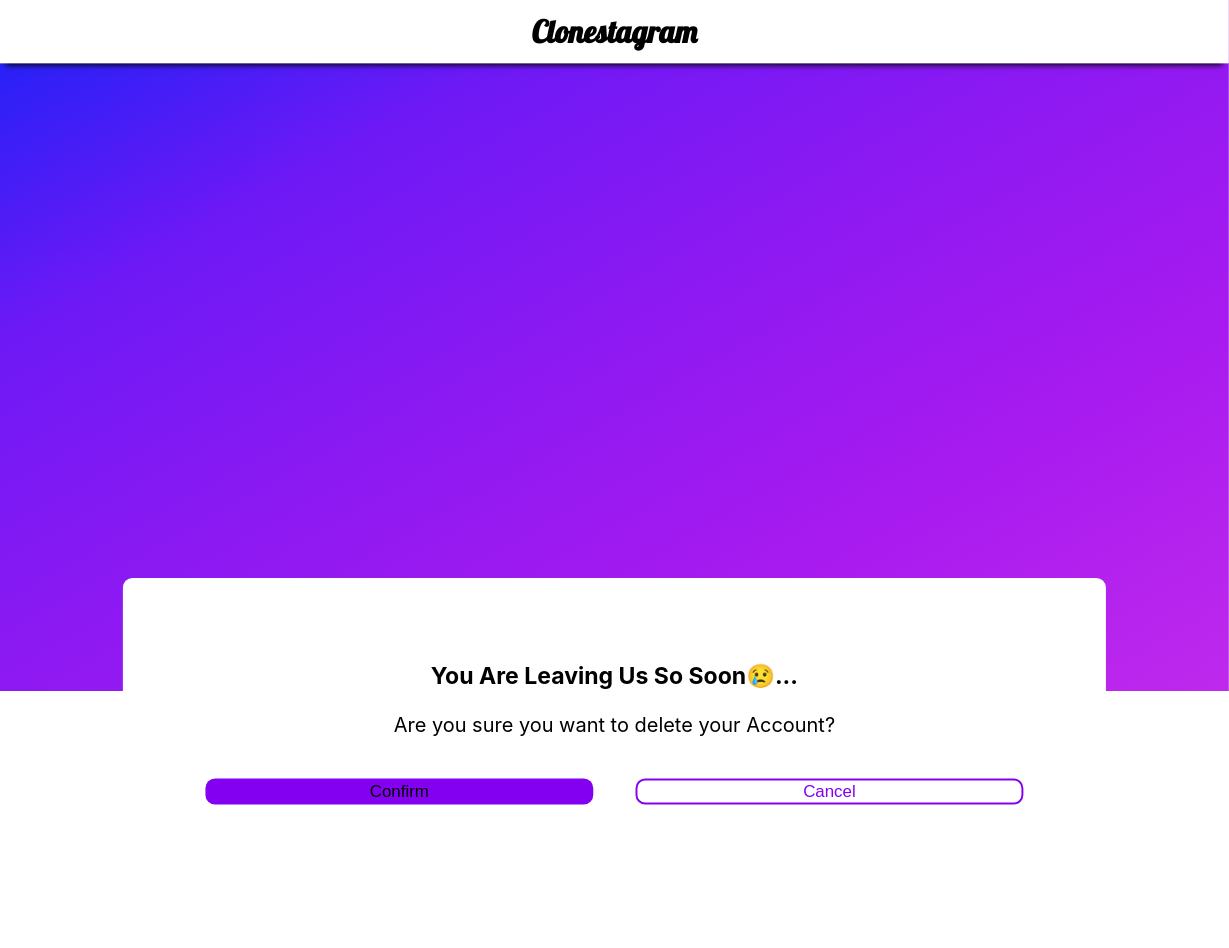
Repository: MikeMoore55/clonestagram
Page: /delaccount
An editor plug-in stored every save of this project. The page is shown before and after the next save, followed by the edit.
The browser window is 1280 px wide. The pictures show the whole page, at 96% of full size.
The page's requests for data from a server got no answer. The project was rebuilt for these pictures with package versions that can differ from the ones it lists, and the page was loaded fresh each time. The framework's server and built-in components were replaced by stand-ins that run in the browser. No one was signed in, and anything a server would have sent is missing. Also part of the build but not shown: next.config.js.

Above is the page before, as saved 2022-11-24 09:15:19.

After the next save:
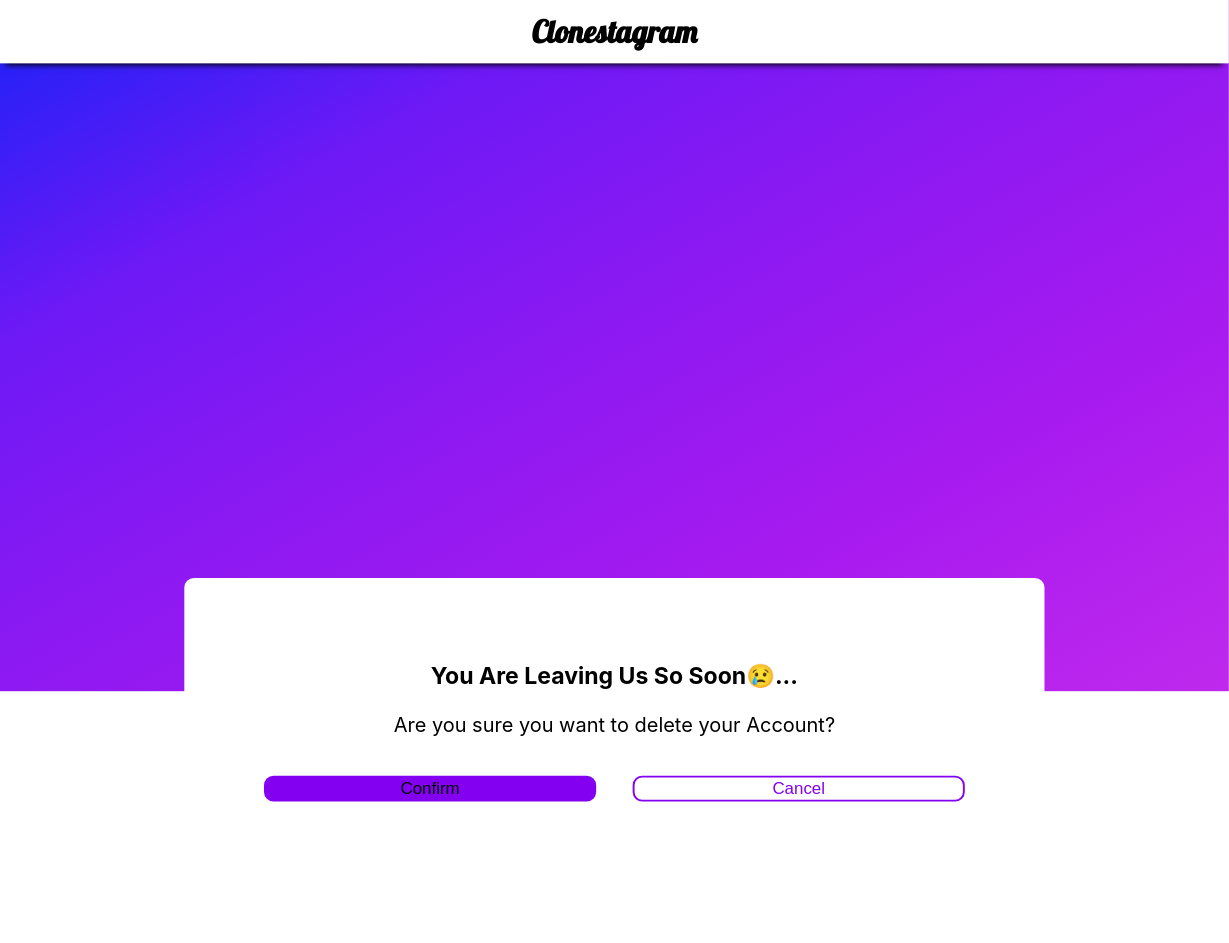
Saved 14 s later.
--- a/styles/DelAccount.module.css
+++ b/styles/DelAccount.module.css
@@ -74,8 +74,8 @@
 
     .block {
         position: relative;
-        width: 80%;
-        margin: 20% 10% 5% 10%;
+        width: 70%;
+        margin: 20% 15% 5% 15%;
         text-align: center;
         background-color: white;
         border-radius: 10px;
